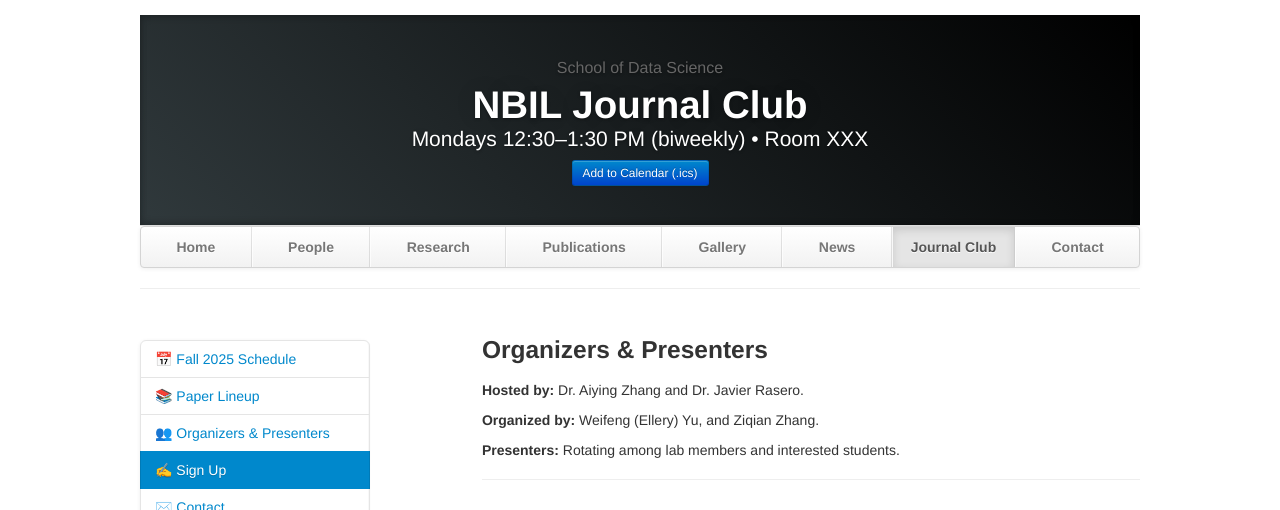
Repository: nbillab/nbillab.io
Page: journalclub.html
An editor plug-in stored every save of this project. The page is shown before and after the next save, followed by the edit.
The browser window is 1280 px wide. The pictures show the part of the page from y = 0 to 510 px (the page is 1831 px tall).
Pictures or frames that could not be fetched are drawn as grey boxes.

Above is the page before, as saved 2025-09-08 16:05:32.

After the next save:
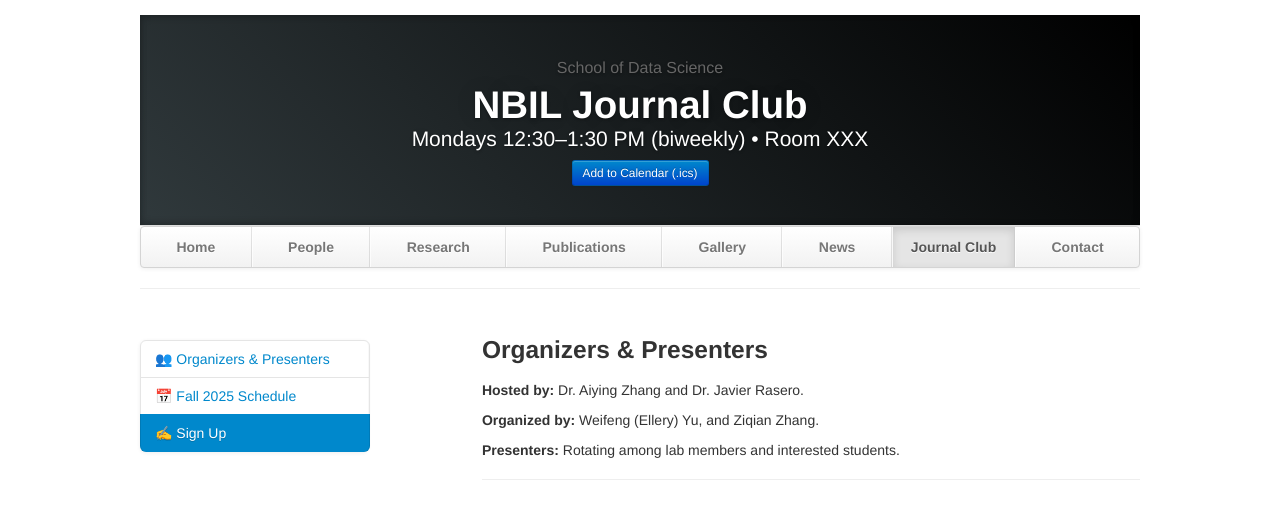
Saved 80 s later.
--- a/journalclub.html
+++ b/journalclub.html
@@ -100,11 +100,9 @@
     <div class="row-fluid">
       <div class="span3 bs-docs-sidebar" id="navparent">
         <ul class="nav nav-list bs-docs-sidenav" data-spy="affix" data-offset-top="200" data-offset-bottom="260">
+          <li><a href="#people"> 👥 Organizers & Presenters</a></li>
           <li><a href="#schedule"> 📅 Fall 2025 Schedule</a></li>
-          <li><a href="#papers"> 📚 Paper Lineup</a></li>
-          <li><a href="#people"> 👥 Organizers & Presenters</a></li>
           <li><a href="#join"> ✍️ Sign Up</a></li>
-          <li><a href="#contact"> ✉️ Contact</a></li>
         </ul>
       </div>
 
